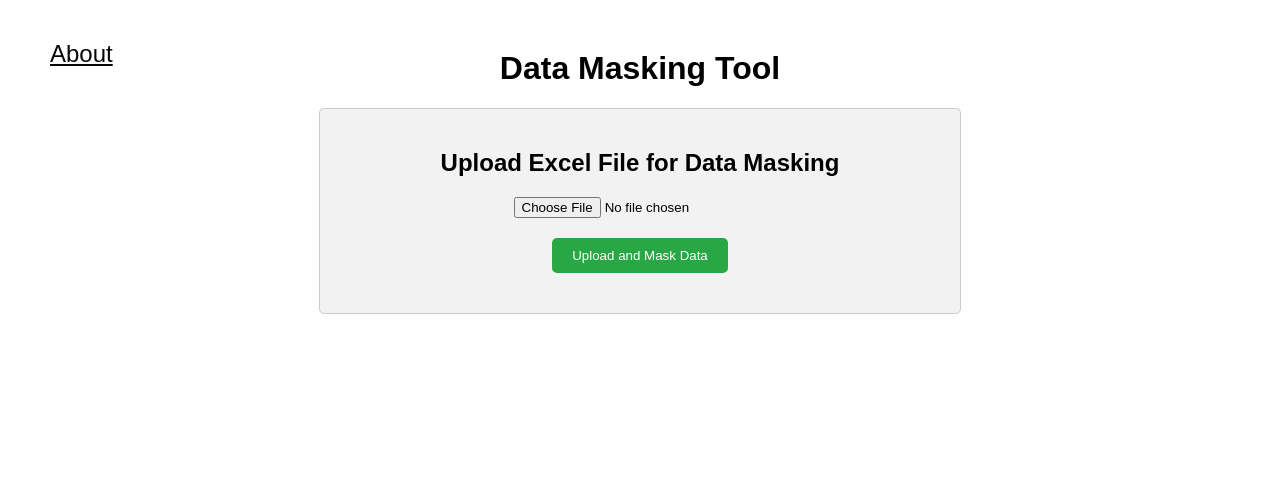
Repository: prithika12/DataMasking_Tool
Page: index.html
An editor plug-in stored every save of this project. The page is shown before and after the next save, followed by the edit.
The browser window is 1280 px wide. The pictures show the whole page.

Above is the page before, as saved 2024-07-09 11:46:21.

After the next save:
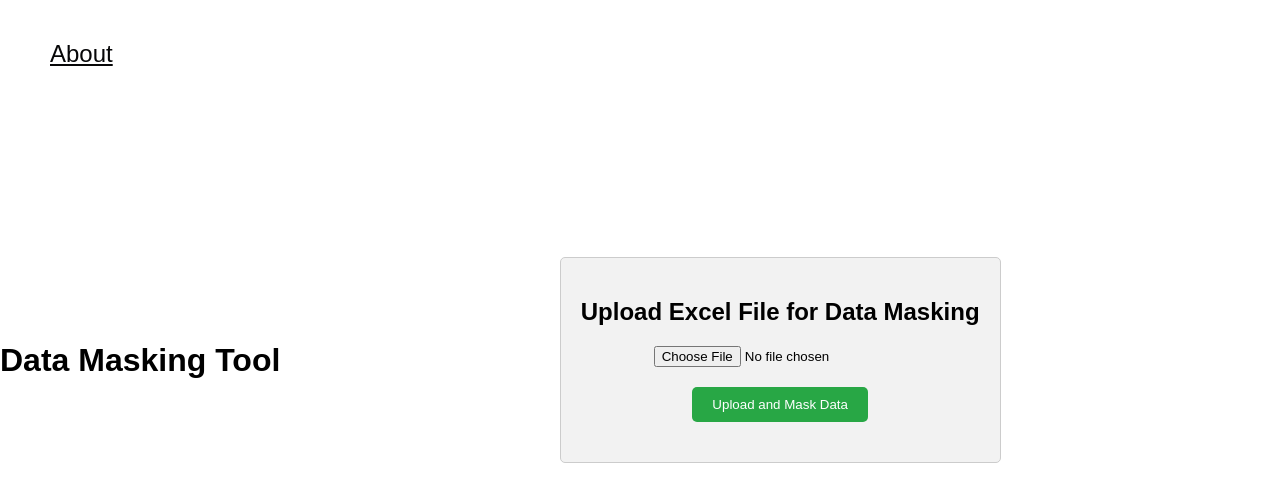
Saved 84 s later.
--- a/index.html
+++ b/index.html
@@ -5,7 +5,12 @@
     <style>
         body {
             font-family: Arial, sans-serif;
-            margin: 50px;
+            margin: 0;
+            padding: 0;
+            display: flex;
+            justify-content: center; /* Center horizontally */
+            align-items: center; /* Center vertically */
+            height: 100vh; /* Full viewport height */
         }
         .container {
             max-width: 600px;
